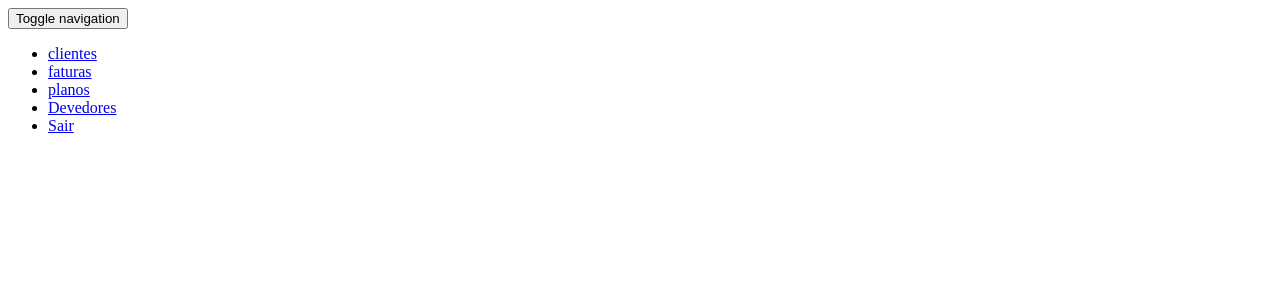
Repository: icaroplive/dashboard_carteira_acoes
Page: views/sidebar.html
These files come from the project's save history. The page is drawn as it stood at one moment and after the next save; the edit follows.
The browser window is 1280 px wide. The pictures show the whole page.

Above is the page before, as saved 2020-04-23 23:21:14.

### views/sidebar.html

<nav class="navbar navbar-default" role="navigation">
    <div class="container-fluid">
    <div class="navbar-header">
      <button type="button" class="navbar-toggle" data-toggle="collapse" data-target="#bs-sidebar-navbar-collapse-1">
        <span class="sr-only">Toggle navigation</span>
        <span class="icon-bar"></span>
        <span class="icon-bar"></span>
        <span class="icon-bar"></span>
      </button>
    </div>
    <div class="collapse navbar-collapse" id="bs-sidebar-navbar-collapse-1">
      <ul class="nav navbar-nav">
        <li ng-class="{active : location.path() =='/clientes'}""><a href="#/clientes">clientes<span style="font-size:16px;" class="pull-left hidden-xs showopacity glyphicon glyphicon-home"></span></a></li>
        <li ng-class="{active : location.path() =='/faturas'}""><a href="#/faturas">faturas<span style="font-size:16px;" class="pull-left hidden-xs showopacity glyphicon glyphicon-home"></span></a></li>

		 <li ng-class="{active : location.path() =='/planos'}""><a href="#/planos">planos<span style="font-size:16px;" class="pull-left hidden-xs showopacity glyphicon glyphicon-home"></span></a></li>
		  <li ng-class="{active : location.path() =='/devedores'}""><a href="#/devedores">Devedores<span style="font-size:16px;" class="pull-left hidden-xs showopacity glyphicon glyphicon-home"></span></a></li>

		<li>
		<a href="#/logoff">Sair <span style="font-size:16px;" class="pull-rigt hidden-xs showopacity glyphicon glyphicon-log-in"></span></a>
		</li>
      </ul>
    </div>
  </div>
</nav>
</div>

After the next save:
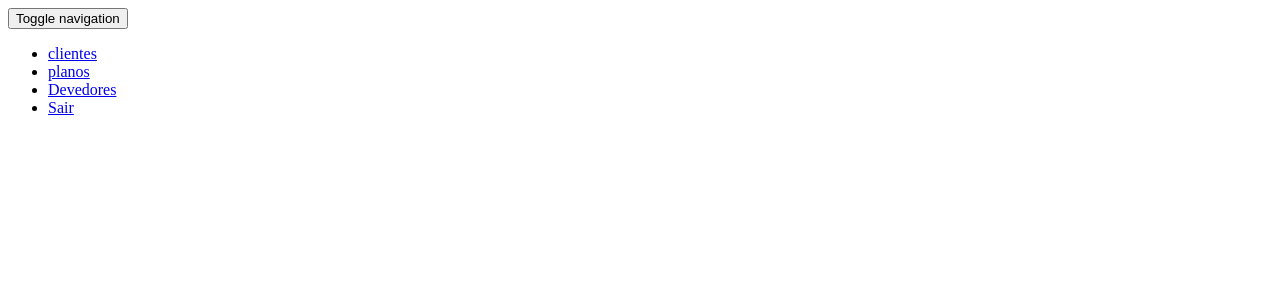
Saved 28 min 28 s later.
--- a/views/sidebar.html
+++ b/views/sidebar.html
@@ -12,7 +12,6 @@
     <div class="collapse navbar-collapse" id="bs-sidebar-navbar-collapse-1">
       <ul class="nav navbar-nav">
         <li ng-class="{active : location.path() =='/clientes'}""><a href="#/clientes">clientes<span style="font-size:16px;" class="pull-left hidden-xs showopacity glyphicon glyphicon-home"></span></a></li>
-        <li ng-class="{active : location.path() =='/faturas'}""><a href="#/faturas">faturas<span style="font-size:16px;" class="pull-left hidden-xs showopacity glyphicon glyphicon-home"></span></a></li>
 
 		 <li ng-class="{active : location.path() =='/planos'}""><a href="#/planos">planos<span style="font-size:16px;" class="pull-left hidden-xs showopacity glyphicon glyphicon-home"></span></a></li>
 		  <li ng-class="{active : location.path() =='/devedores'}""><a href="#/devedores">Devedores<span style="font-size:16px;" class="pull-left hidden-xs showopacity glyphicon glyphicon-home"></span></a></li>
